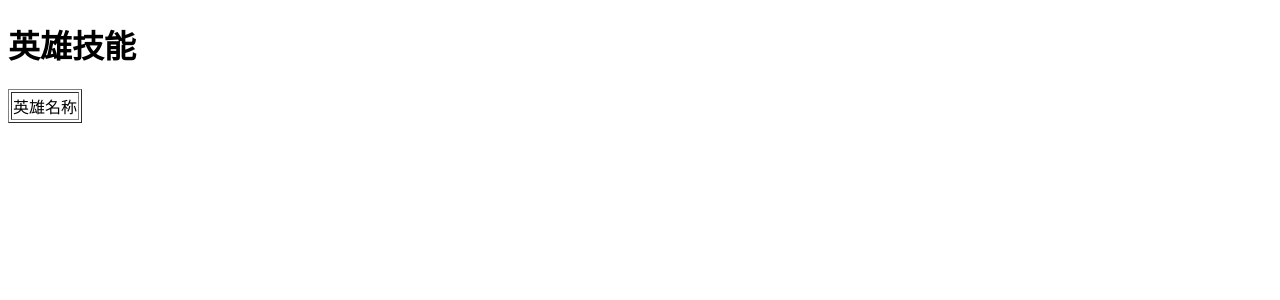
Repository: NPUYUN/Note
Page: Web/HTML/练习2.html
An editor plug-in stored every save of this project. The page is shown before and after the next save, followed by the edit.
The browser window is 1280 px wide. The pictures show the whole page.

Above is the page before, as saved 2025-11-24 21:26:23.

### Web/HTML/练习2.html
<!DOCTYPE html>
<html>
    <head>
        <meta charset="UTF-8">
        <title>练习2</title>
    </head>
    <body>
        <h1>英雄技能</h1>
        <table border="1">
            <tr>
                <td colspan="2" color="grey">
                    英雄名称
                </td>
            </tr>
        </table>
    </body>
</html>

After the next save:
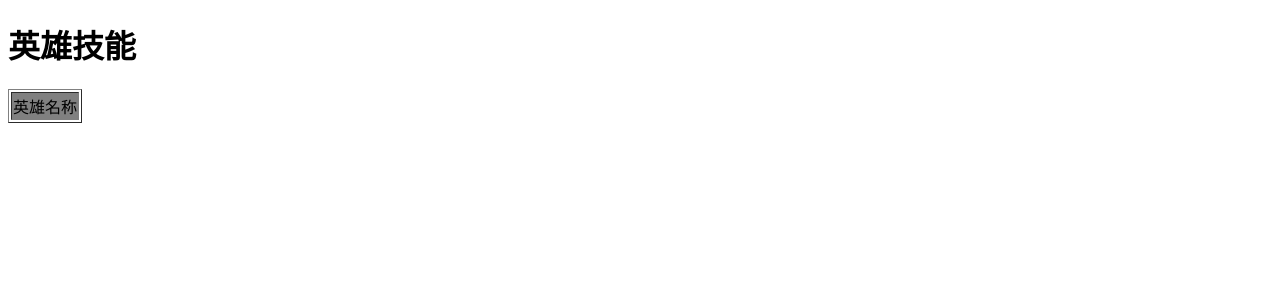
Saved 29 s later.
--- a/Web/HTML/练习2.html
+++ b/Web/HTML/练习2.html
@@ -8,7 +8,7 @@
         <h1>英雄技能</h1>
         <table border="1">
             <tr>
-                <td colspan="2" color="grey">
+                <td colspan="2" bgcolor="grey">
                     英雄名称
                 </td>
             </tr>
